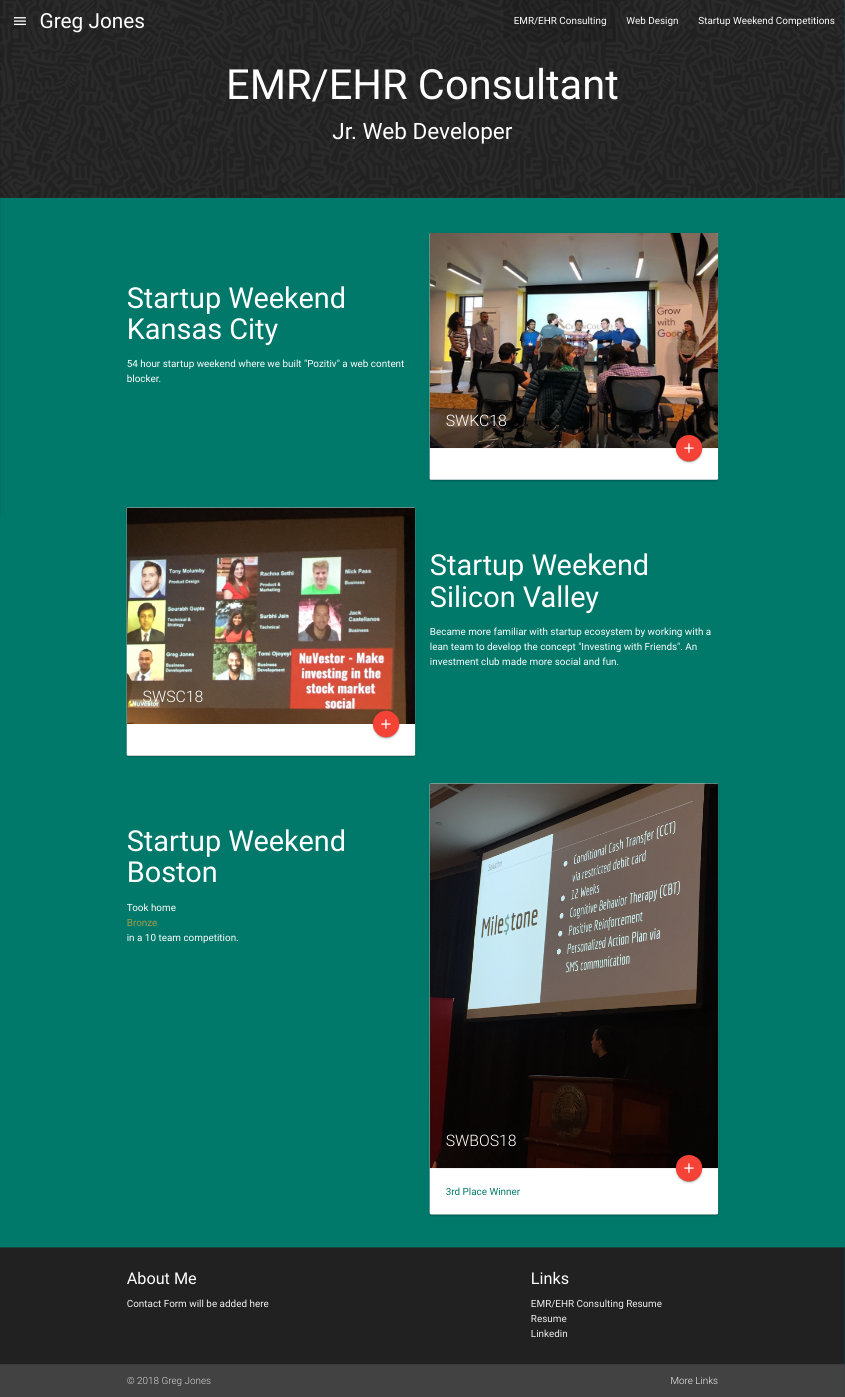
Repository: Greg919617/Existing-Portfolio
Page: sw.html
The author's editor kept a copy of each file at every save. The page is drawn from the files as they stood at one save, then again after the next save.
The browser window is 1280 px wide. The pictures show the whole page, at 66% of full size.
Some web libraries are served in a nearby version.

Above is the page before, as saved 2018-06-26 21:10:18.

After the next save:
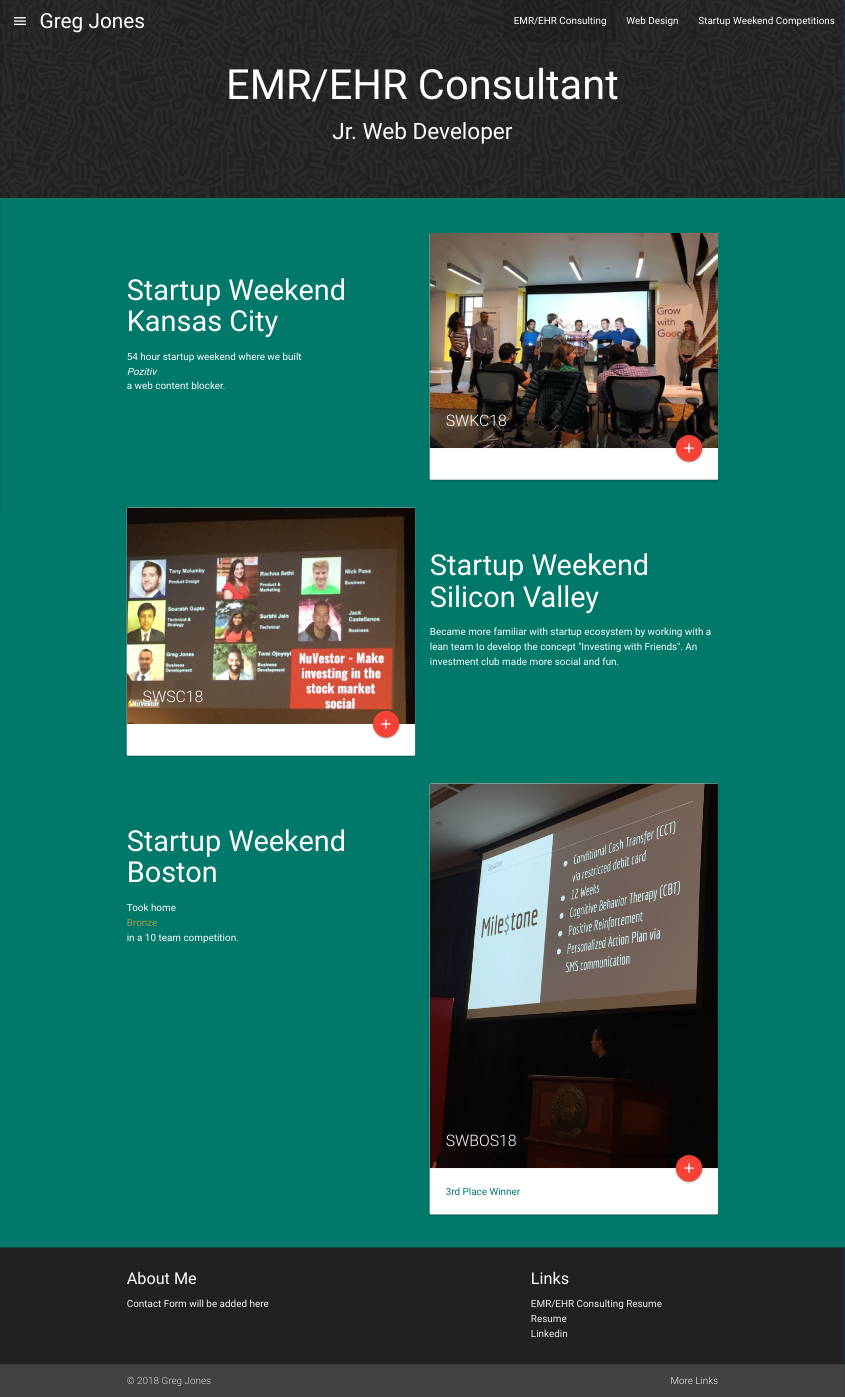
Saved 26 s later.
--- a/sw.html
+++ b/sw.html
@@ -58,7 +58,7 @@
         <div class="col m6 hide-on-small-only">
           <div class="img-content">
             <h3>Startup Weekend Kansas City</h3>
-            54 hour startup weekend where we built "Pozitiv" a web content blocker.
+            54 hour startup weekend where we built <i>Pozitiv</i> a web content blocker.
           </div>
         </div>
         <div class="col m6">
